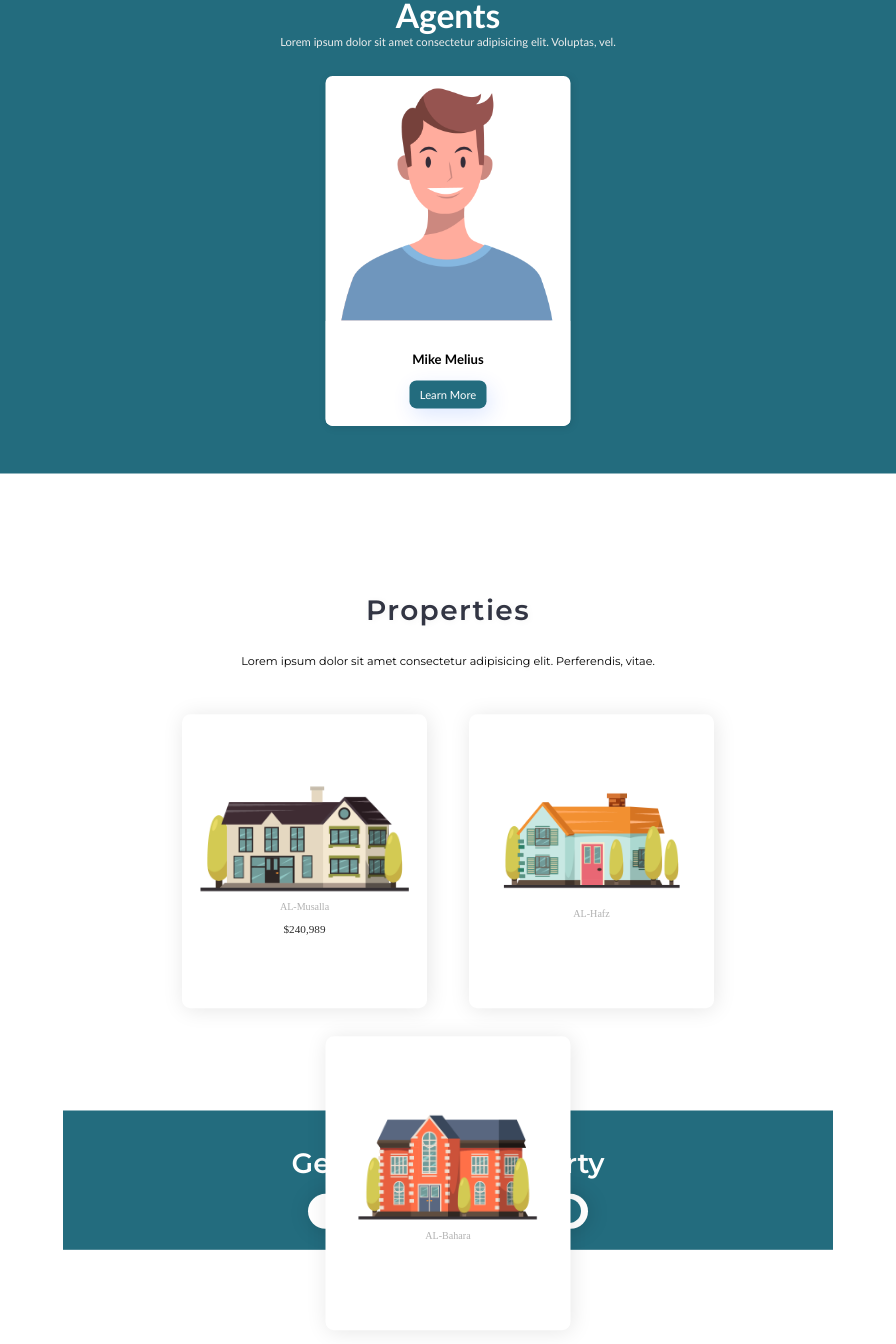
Repository: gabe126679/Mikes-site
Page: /
These files come from the project's save history. The page is drawn as it stood at one moment and after the next save; the edit follows.
The browser window is 1280 px wide. The pictures show the part of the page from y = 1959 to 3879 px (the page is 3879 px tall), at 70% of full size.
Some web libraries are served in a nearby version. The project was rebuilt for these pictures with package versions that can differ from the ones it lists, and the page was loaded fresh each time.

Above is the page before, as saved 2022-04-18 20:05:24.

After the next save:
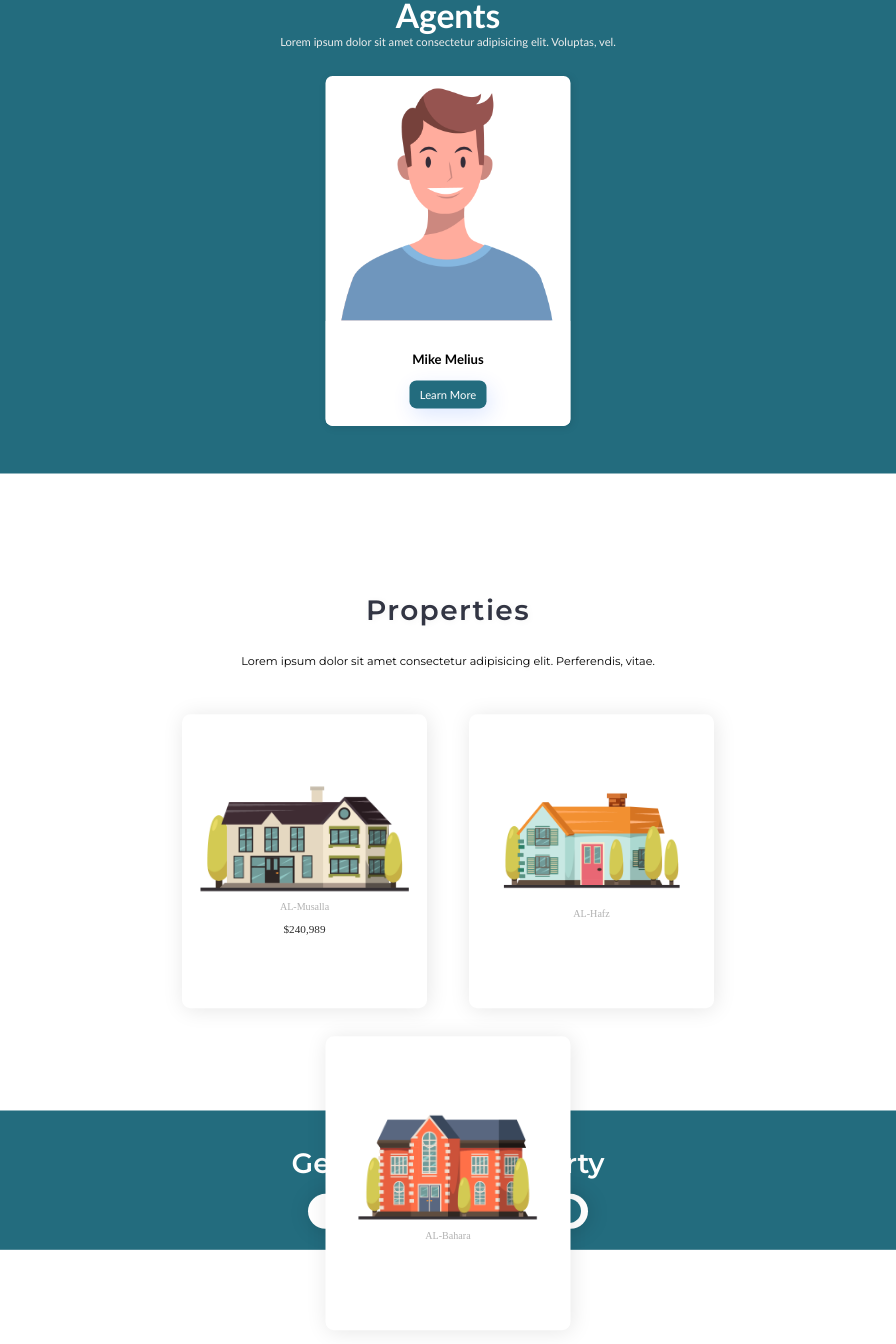
Saved 8 s later.
--- a/src/App.js
+++ b/src/App.js
@@ -16,7 +16,7 @@ function App() {
       <div className="container">
         <Properties />
       </div>
-      <div className="container">
+      <div className="container1">
         <Contact />
       </div>
     </div>
